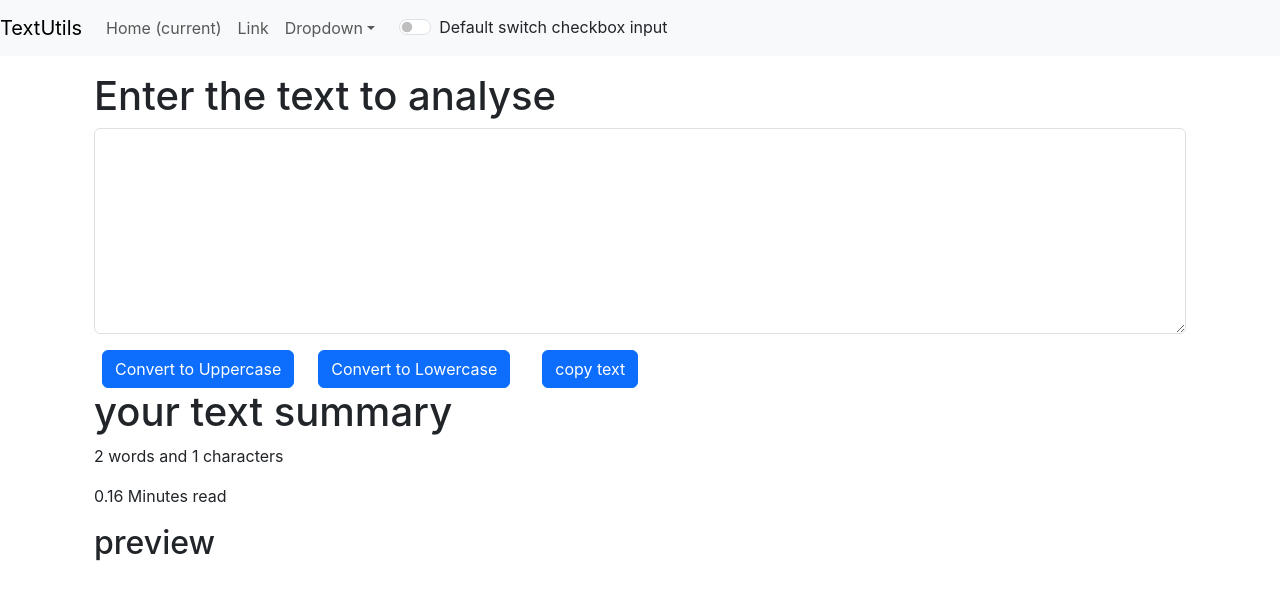
Repository: Aastha1035/React.navbar
Page: /
These files come from the project's save history. The page is drawn as it stood at one moment and after the next save; the edit follows.
The browser window is 1280 px wide. The pictures show the whole page.
The project was rebuilt for these pictures with package versions that can differ from the ones it lists, and the page was loaded fresh each time. Also part of the build but not shown: src/App.css.

Above is the page before, as saved 2024-07-18 01:02:30.

After the next save:
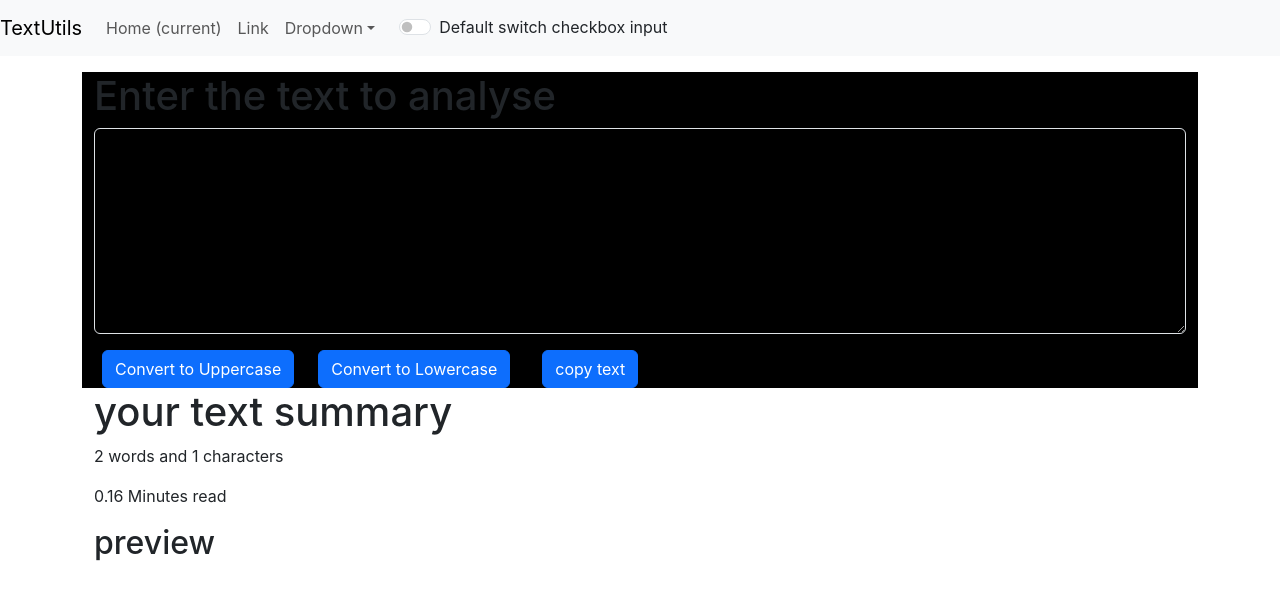
Saved 2 min 28 s later.
--- a/src/components/Textform.js
+++ b/src/components/Textform.js
@@ -23,10 +23,10 @@ export default function Textform(props) {
     const [text, setText] = useState(" ");
   return (
     <>
-    <div className="container">
+    <div className="container" style={{backgroundColor: props.mode === 'dark'?'white':'black'}} >
        <h1>{props.heading}</h1>
        <div className="mb-3">
-       <textarea className="form-control" value={text} onChange={handleOnchange} style={{backgroundColor: props.mode === 'dark'?'grey':'light'}} id="myBox" rows="8"></textarea>
+       <textarea className="form-control" value={text} onChange={handleOnchange} style={{backgroundColor: props.mode === 'dark'?'white':'black'}} id="myBox" rows="8"></textarea>
     </div>
     <button className="btn btn-primary mx-2" onclick={handleUpclick}>Convert to  Uppercase</button>
     <button className="btn btn-primary mx-3" onclick={handleLoclick}>Convert to  Lowercase</button>
